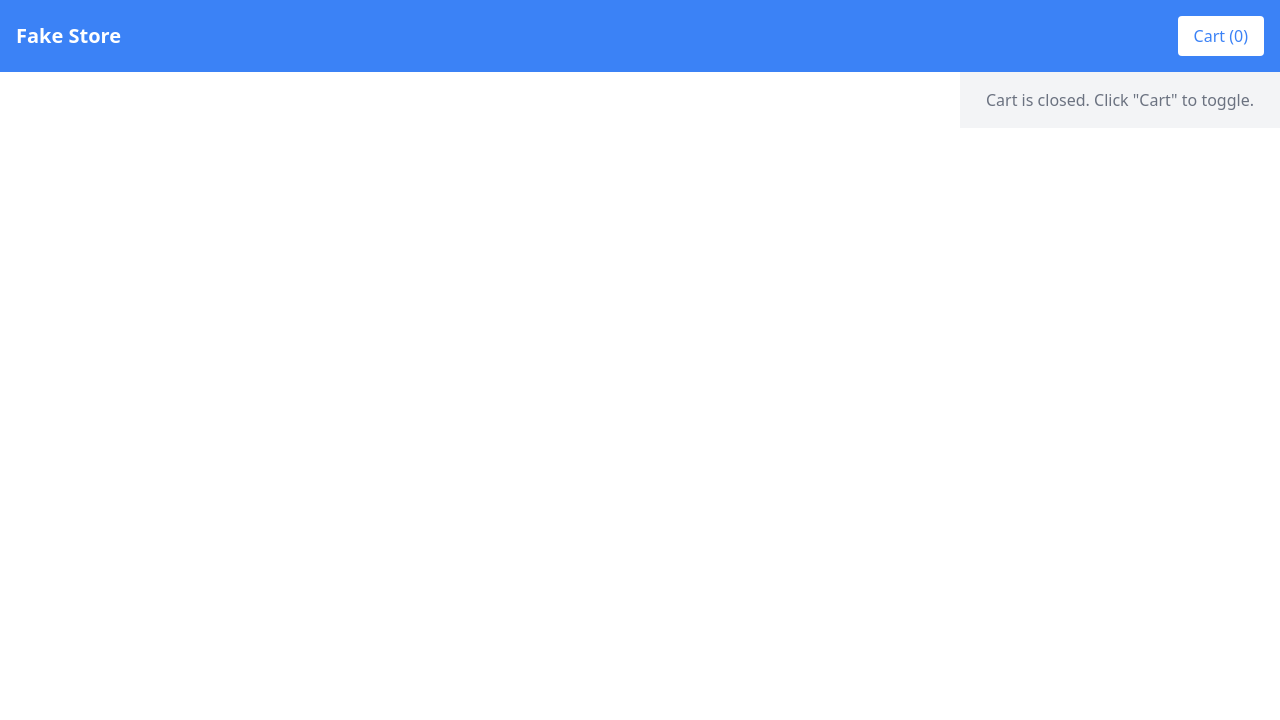
Repository: Meenakshi-commits/cart_app
Page: /
An editor plug-in stored every save of this project. The page is shown before and after the next save, followed by the edit.
The browser window is 1280 px wide. The pictures show the whole page.
The page's requests for data from a server got no answer. The project was rebuilt for these pictures with package versions that can differ from the ones it lists, and the page was loaded fresh each time. No one was signed in, and anything a server would have sent is missing. Also part of the build but not shown: vite.config.js, src/components/ProductCard.jsx, src/components/CartModal.jsx.

Above is the page before, as saved 2025-01-07 20:19:23.

### index.html
<!doctype html>
<html lang="en">
  <head>
    <meta charset="UTF-8" />
    <link rel="icon" type="image/svg+xml" href="/vite.svg" />
    <meta name="viewport" content="width=device-width, initial-scale=1.0" />
    <title>Cart App</title>
  </head>
  <body>
    <div id="root"></div>
    <script type="module" src="/src/main.jsx"></script>
  </body>
</html>

### src/App.jsx
import React, { useState, useEffect } from 'react';
import Navbar from './components/Navbar';
import ProductList from './components/ProductList';
import CartModal from './components/CartModal';

const App = () => {
  const [products, setProducts] = useState([]);
  const [cart, setCart] = useState([]);
  const [isCartModalOpen, setIsCartModalOpen] = useState(false);

  useEffect(() => {
    fetch('https://fakestoreapi.com/products')
      .then((response) => response.json())
      .then((data) => setProducts(data));
  }, []);

  const addToCart = (product) => {
    if (cart.find((item) => item.id === product.id)) {
      alert('Item already added to the cart');
    } else {
      setCart([...cart, product]);
    }
  };

  const removeFromCart = (id) => {
    setCart(cart.filter((item) => item.id !== id));
  };

  const toggleCartModal = () => {
    setIsCartModalOpen(!isCartModalOpen);
  };

  return (
    <div className="App">
      <Navbar cartCount={cart.length} toggleCartModal={toggleCartModal} />
      <div className="flex">
        {/* Left Section - Product List */}
        <div className="w-3/4 p-4">
          <ProductList products={products} addToCart={addToCart} />
        </div>
        {/* Right Section - Cart Modal */}
        <div className="w-1/4 p-4 bg-gray-100">
          {isCartModalOpen ? (
            <CartModal
              cart={cart}
              removeFromCart={removeFromCart}
              toggleCartModal={toggleCartModal}
            />
          ) : (
            <div className="flex justify-center items-center h-full">
              <p className="text-gray-500">Cart is closed. Click "Cart" to toggle.</p>
            </div>
          )}
        </div>
      </div>
    </div>
  );
};

export default App;

### src/components/Navbar.jsx
import React from "react";

const Navbar = ({cartCount,toggleCartModal}) => {
  return (
    <nav className="bg-blue-500 text-white p-4 flex justify-between items-center">
        <h1 className="text-xl font-bold">Fake Store</h1>
        <button onClick={toggleCartModal} className="bg-white text-blue-500 px-4 py-2 rounded"> Cart ({cartCount})
        </button>
          </nav>
  )
  };

  export default Navbar;

### src/components/ProductList.jsx
import React from 'react';
import ProductCard from './ProductCard';

const ProductList = ({ products, addToCart }) => {
  return (
    <div className="grid grid-cols-2 gap-6">
      {products.map((product) => (
        <ProductCard key={product.id} product={product} addToCart={addToCart} />
      ))}
    </div>
  );
};

export default ProductList;

Loaded but not shown: src/main.jsx (common file); src/index.css (common file); tailwind.config.js (common file)

After the next save:
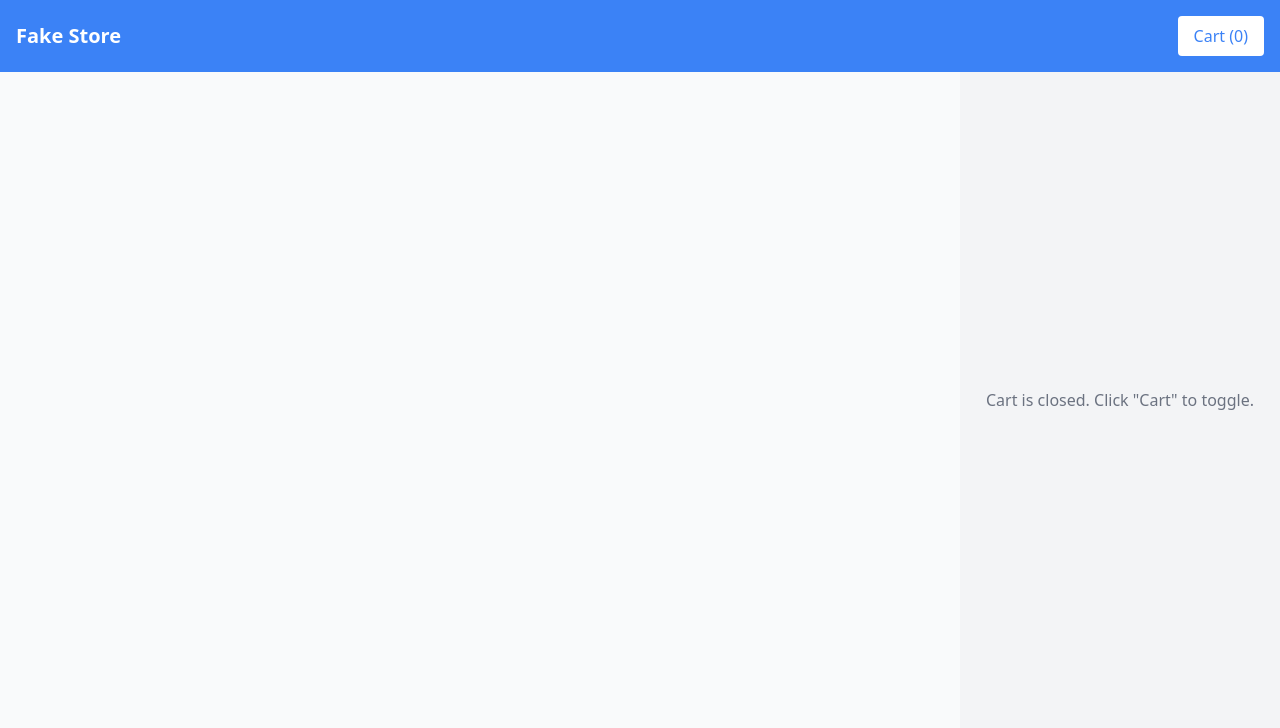
Saved 78 s later.
--- a/src/App.jsx
+++ b/src/App.jsx
@@ -35,9 +35,10 @@ const App = () => {
       <Navbar cartCount={cart.length} toggleCartModal={toggleCartModal} />
       <div className="flex">
         {/* Left Section - Product List */}
-        <div className="w-3/4 p-4">
-          <ProductList products={products} addToCart={addToCart} />
-        </div>
+        <div className="w-3/4 p-4 bg-gray-50 overflow-y-auto h-[calc(100vh-4rem)]">
+  <ProductList products={products} addToCart={addToCart} />
+</div>
+
         {/* Right Section - Cart Modal */}
         <div className="w-1/4 p-4 bg-gray-100">
           {isCartModalOpen ? (
